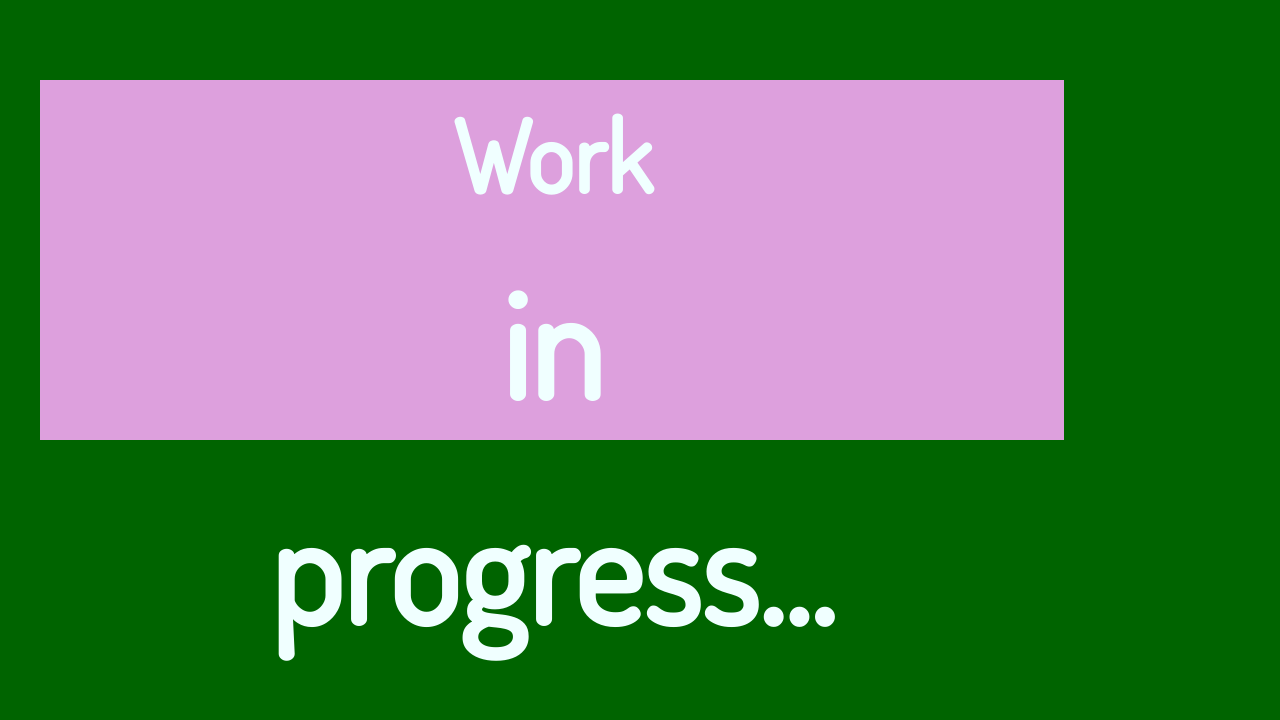
Repository: NollieChtn6/NollieChtn6.github.io
Page: index.html
The author's editor kept a copy of each file at every save. The page is drawn from the files as they stood at one save, then again after the next save.
The browser window is 1280 px wide. The pictures show the whole page.

Above is the page before, as saved 2023-11-10 18:15:30.

After the next save:
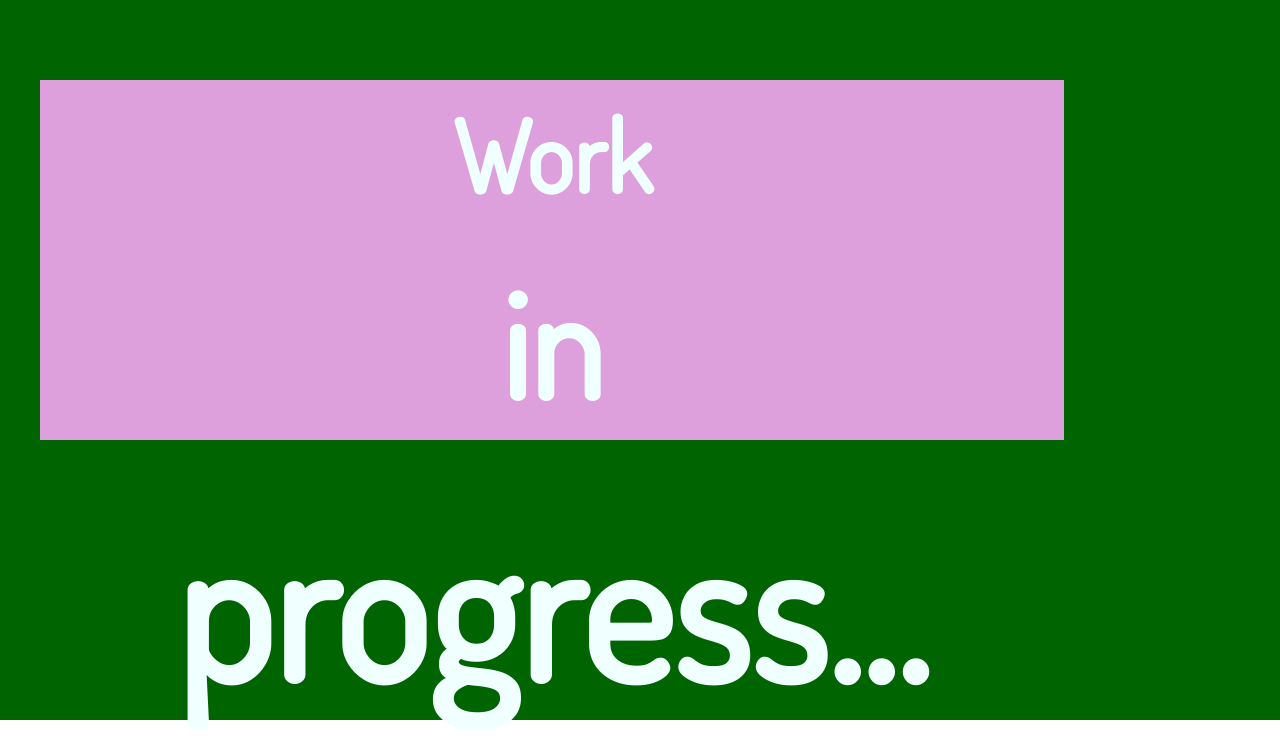
Saved 14 s later.
--- a/css/style.css
+++ b/css/style.css
@@ -75,5 +75,5 @@ h1 {
 
 .main__title--level-3 {
   align-self: center;
-  font-size: 1.5em;
+  font-size: 2em;
 }
